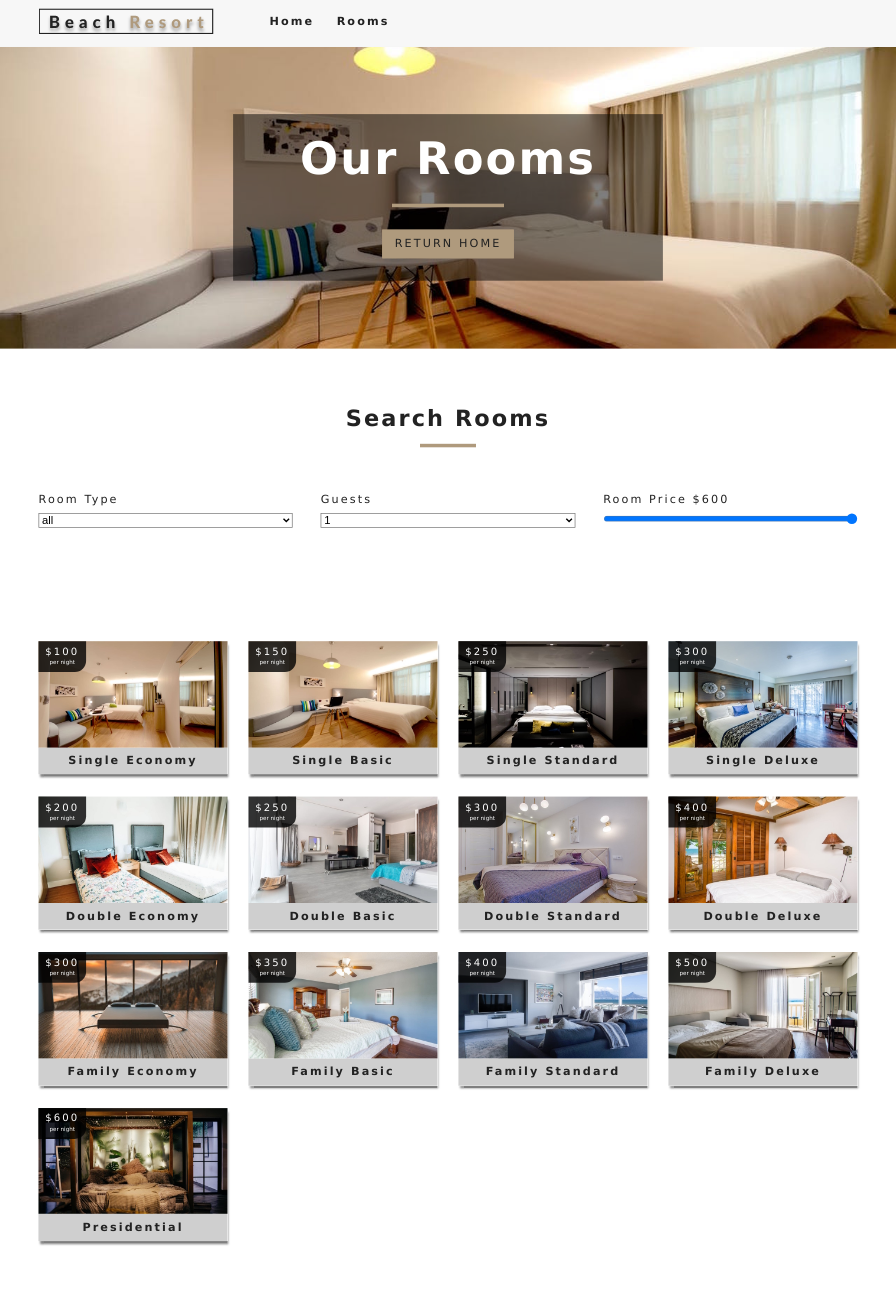
Repository: thanhn379/react-beach-resort
Page: /rooms
The author's editor kept a copy of each file at every save. The page is drawn from the files as they stood at one save, then again after the next save.
The browser window is 1280 px wide. The pictures show the whole page, at 70% of full size.
The project was rebuilt for these pictures with package versions that can differ from the ones it lists, and the page was loaded fresh each time. Also part of the build but not shown: src/components/Services.js, src/components/FeaturedRooms.js, src/pages/Home.js, src/components/StyledHero.js, src/pages/SingleRoom.js, src/pages/Error.js.

Above is the page before, as saved 2019-11-19 14:42:50.

After the next save:
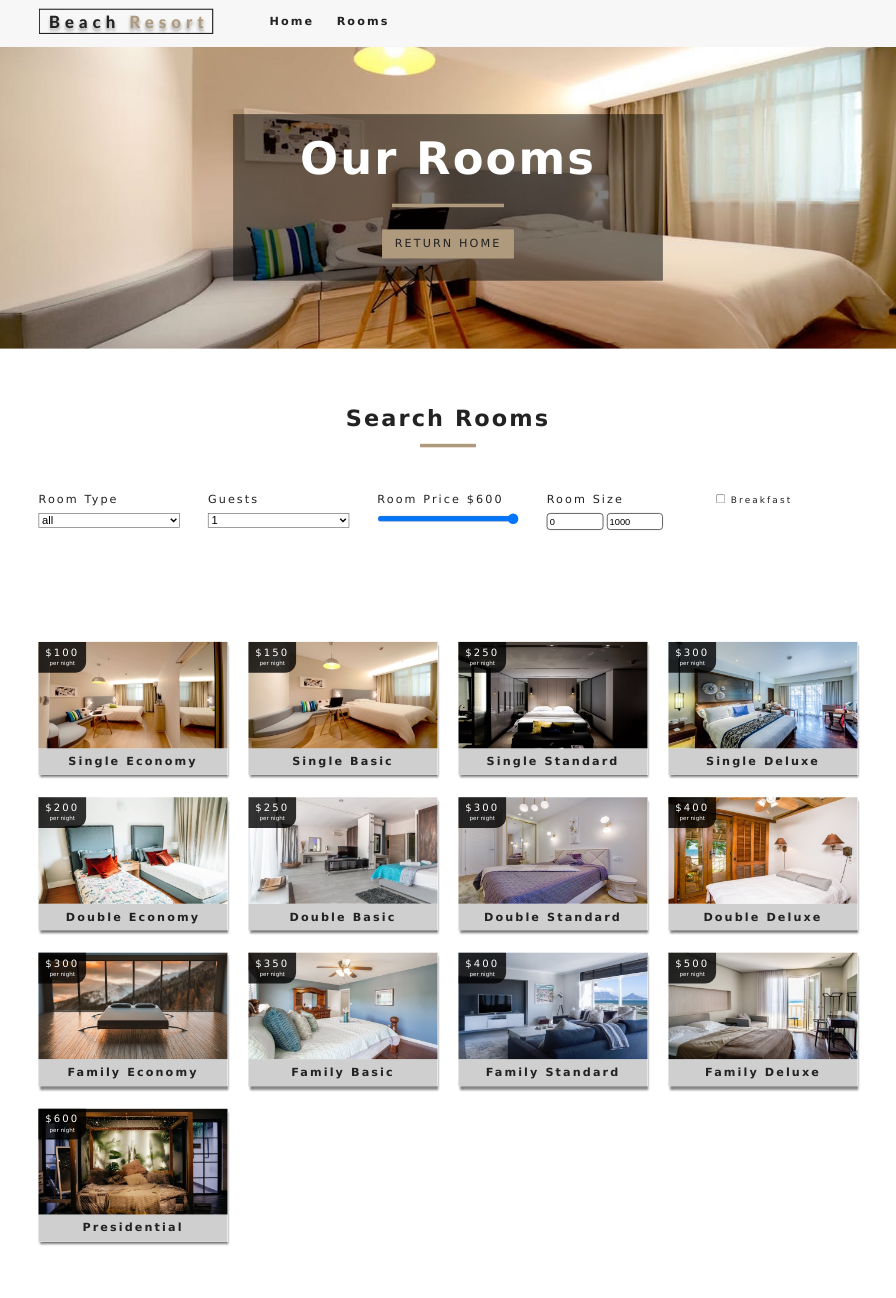
Saved 14 min 3 s later.
--- a/src/components/RoomFilter.js
+++ b/src/components/RoomFilter.js
@@ -16,7 +16,7 @@ export default function RoomsFilter({ rooms }) {
     price,
     minPrice,
     maxPrice,
-    size,
+    minSize,
     maxSize,
     breakfast,
     pets
@@ -72,7 +72,7 @@ export default function RoomsFilter({ rooms }) {
           </select>
         </div>
         {/* end of guests */}
-        {/* room price */}
+        {/* price */}
         <div className="form-group">
           <label htmlFor="price">room price ${price}</label>
           <input
@@ -86,7 +86,46 @@ export default function RoomsFilter({ rooms }) {
             className="form-control"
           />
         </div>
-        {/* end room price */}
+        {/* end of room price */}
+
+        {/* size */}
+        <div className="form-group">
+          <label htmlFor="size">room size</label>
+          <div className="size-inputs">
+            <input
+              type="number"
+              name="minSize"
+              id="size"
+              value={minSize}
+              onChange={handleChange}
+              className="size-input"
+            />
+            <input
+              type="number"
+              name="maxSize"
+              id="size"
+              value={maxSize}
+              onChange={handleChange}
+              className="size-input"
+            />
+          </div>
+        </div>
+        {/* end of room size */}
+
+        {/* extras */}
+        <div className="form-group">
+          <div className="single-extra">
+            <input
+              type="checkbox"
+              name="breakfast"
+              id="breakfast"
+              checked={breakfast}
+              onChange={handleChange}
+            />
+            <label htmlFor="breakfast">breakfast</label>
+          </div>
+        </div>
+        {/* end of extras */}
       </form>
     </section>
   );
